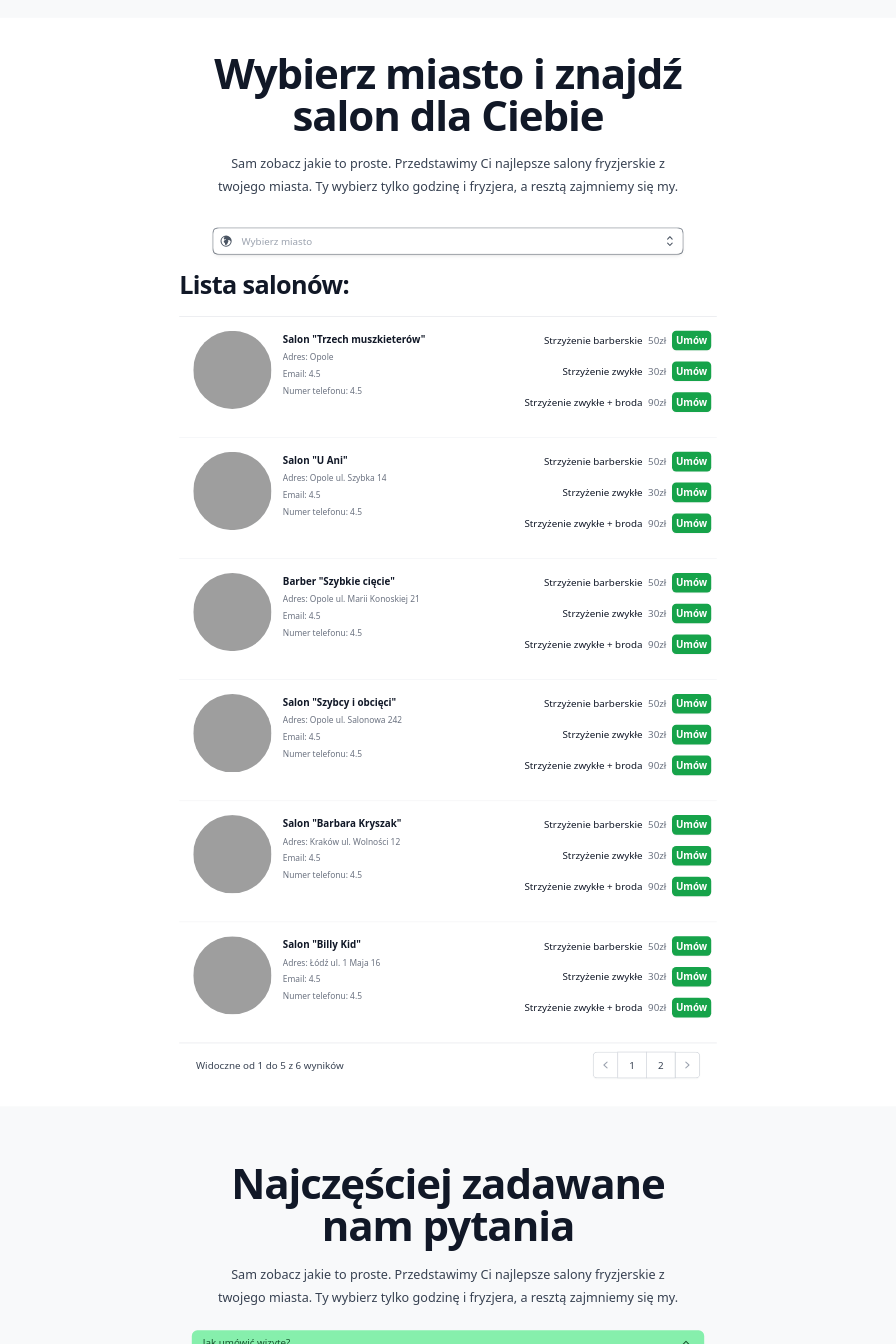
Repository: PrzemyslawJura/my-app
Page: / (app in frontend/)
The author's editor kept a copy of each file at every save. The page is drawn from the files as they stood at one save, then again after the next save.
The browser window is 1280 px wide. The pictures show the part of the page from y = 869 to 2789 px (the page is 3798 px tall), at 70% of full size.
Pictures or frames that could not be fetched are drawn as grey boxes. The page's requests for data from a server got no answer. The project was rebuilt for these pictures with package versions that can differ from the ones it lists, and the page was loaded fresh each time. No one was signed in, and anything a server would have sent is missing. Also part of the build but not shown: frontend/src/home/Listbox.jsx, frontend/src/home/StepOne.jsx, frontend/src/home/StepTwo.jsx, frontend/src/components/Calendar.jsx, frontend/src/components/Tabs.jsx, frontend/src/biznes/CalendarOfWork.jsx, frontend/src/components/CarouselDefault.jsx, frontend/src/biznes/Salon.jsx and 8 more.

Above is the page before, as saved 2023-11-16 13:58:06.

### frontend/src/index.css
@tailwind base;
html {
  scroll-behavior: smooth;
}

@tailwind components;
@tailwind utilities;

### frontend/src/core/App.jsx
import BrowserRoutes from "./BrowserRoutes"
import FooterWithLogo from "./Footer"
import NavbarBiznes from "./NavbarBiznes";

export default function App() {
  return (
    <>
      <NavbarBiznes/>
      <BrowserRoutes/>
      <FooterWithLogo/>
    </>
  )
}

### frontend/src/core/BrowserRoutes.jsx
import Home from "../home/Home"
import CalendarOfWork from "../biznes/CalendarOfWork"
import SalonPage from "../biznes/SalonPage"
import Workers from "../biznes/Workers"
import Services from "../biznes/Services"
import { Route, Routes } from "react-router-dom"

export default function BrowserRoutes() {
  return (
      <Routes>
        <Route path="/" element={<Home/>}/>
        <Route path="/stronasalonu" element={<SalonPage/>}/>
        <Route path="/pracownicy" element={<Workers/>}/>
        <Route path="/kalendarz" element={<CalendarOfWork/>}/>
        <Route path="/oferta" element={<Services/>}/>
      </Routes>
  )
}

### frontend/src/core/Footer.jsx
import { Typography } from "@material-tailwind/react";

export default function FooterWithLogo() {
  return (
    <footer id="footer" className="w-full p-8 bg-slate-100">
      <div className="flex flex-row flex-wrap items-center justify-center gap-y-6 gap-x-12 text-center md:justify-between">
      <img
        className="h-8 w-auto"
        src="https://tailwindui.com/img/logos/mark.svg?color=green&shade=600"
        alt=""
      />
        <ul className="flex flex-wrap items-center gap-y-2 gap-x-8">
          <li>
            <Typography
              as="a"
              href="#"
              color="blue-gray"
              className="font-normal transition-colors hover:text-blue-500 focus:text-blue-500"
            >
              About Us
            </Typography>
          </li>
          <li>
            <Typography
              as="a"
              href="#"
              color="blue-gray"
              className="font-normal transition-colors hover:text-blue-500 focus:text-blue-500"
            >
              License
            </Typography>
          </li>
          <li>
            <Typography
              as="a"
              href="#"
              color="blue-gray"
              className="font-normal transition-colors hover:text-blue-500 focus:text-blue-500"
            >
              Contribute
            </Typography>
          </li>
          <li>
            <Typography
              as="a"
              href="#"
              color="blue-gray"
              className="font-normal transition-colors hover:text-blue-500 focus:text-blue-500"
            >
              Contact Us
            </Typography>
          </li>
        </ul>
      </div>
      <hr className="my-8 border-blue-gray-50" />
      <Typography color="blue-gray" className="text-center font-normal">
        &copy; 2023 Material Tailwind
      </Typography>
    </footer>
  );
}

### frontend/src/home/Home.jsx
import Location from '../components/Location'
import Feature from './Feature'
import ListOfSalons from './ListOfSalons'
import Faq from './Faq'
import Stats from './Stats'
import MainButton from '../shared_np_buttony_inputy_kalendarze_itp/MainButton'
import TitleAndParagraph from '../shared_np_buttony_inputy_kalendarze_itp/TitleAndParagraph'
import { useState } from 'react'

const mainTitle = 'Łączymy salony fryzjerskie z całej polski';
const mainParagraph = 'Sam zobacz jakie to proste. Przedstawimy Ci najlepsze salony fryzjerskie z twojego miasta. Ty wybierz tylko godzinę i fryzjera, a resztą zajmniemy się my.';
const searchTitle = 'Wybierz miasto i znajdź salon dla Ciebie';
const searchParagraph = 'Sam zobacz jakie to proste. Przedstawimy Ci najlepsze salony fryzjerskie z twojego miasta. Ty wybierz tylko godzinę i fryzjera, a resztą zajmniemy się my.';


export default function Home() {
  const [search, setSearch] = useState("");
  return (
    <>
      <div className='min-h-screen bg-bgGray'>
        <div className="relative isolate bg-main-image bg-cover">
          <div className="mx-auto max-w-2xl pt-20 lg:pt-32 pb-12 text-center">
            <TitleAndParagraph title = {mainTitle} paragraph={mainParagraph} h1Color="text-white" pColor="text-slate-50"/>
            <div className="mt-10 flex items-center justify-center gap-x-6">
              <Location setSearch={setSearch} search={search}></Location>
              <a href="#salons">
                <MainButton text="Szukaj"/>
              </a>
            </div>
          </div>
        </div>
        <Feature></Feature>
      </div>

      <div id="salons" className="mx-auto max-w-2xl pt-10 lg:pt-12 pb-4 text-center">
        <TitleAndParagraph title = {searchTitle} paragraph={searchParagraph} h1Color="text-gray-900" pColor="text-gray-700"/>
        <div className="mt-10 flex items-center justify-center gap-x-6">
          <Location setSearch={setSearch}  search={search}></Location>
          {/*<MainButton text="Szukaj"/>*/}
        </div>
      </div>

      <div className='w:4/5 lg:w-3/5 m-auto'>
        <ListOfSalons search={search}/>
      </div>

      <Faq></Faq>
      <Stats></Stats>
    </>
  )
}

### frontend/src/home/Feature.jsx
import stepone from '../assets/stepone.jpg'
import steptwo from '../assets/steptwo.jpg'
import stepthree from '../assets/stepthree.jpg'

const features = [


  {
    name: 'Rejestracja',
    description:
      'Rejestracja będzie zajmowała chwilę i robisz to tylko raz',
    icon: stepone,
  },
  {
    name: 'Rezerwacja',
    description:
      'Wybierasz salon, datę i godzinę',
    icon: steptwo,
  },
  {
    name: 'Wizyta',
    description:
      'Przychodzisz na podaną godzinę',
    icon: stepthree,
  },
]

export default function Feature() {
  return (
    <div className="py-8 lg:py-16">
      <div className="mx-auto max-w-7xl px-6 lg:px-8">
        <div className="mx-auto max-w-xl lg:text-center">
          <h2 className="text-base font-semibold leading-7 text-green-600">Szybciej, łatwiej i bliżej</h2>
          <p className="mt-2 text-3xl font-bold tracking-tight text-gray-900 sm:text-4xl">
            Sprawdź sam, jakie to proste
          </p>
        </div>
        <div className="mx-auto mt-10 max-w-2xl lg:max-w-4xl">
          <dl className="grid max-w-2xl grid-cols-1 gap-x-8 gap-y-10 lg:max-w-none lg:grid-cols-3 lg:gap-y-16">
            {features.map((feature) => (
              <div key={feature.name} className="relative pl-16">
                <dt className="text-base font-semibold leading-7 text-gray-900">
                  <div className="absolute left-0 top-0 flex h-10 w-10 items-center justify-center  ">
                      <img className='rounded-lg h-10 w-10' src={feature.icon}></img>
                  </div>
                  {feature.name}
                </dt>
                <dd className="mt-2 text-base leading-7 text-gray-600">{feature.description}</dd>
              </div>
            ))}
          </dl>
        </div>
      </div>
    </div>
  )
}

### frontend/src/home/Faq.jsx
import { Disclosure } from '@headlessui/react'
import { ChevronUpIcon } from '@heroicons/react/20/solid'

const questions = [
    {
        question: "Jak umówić wizytę?",
        answer: "To takie proste",
    },
    {
        question: "Dlaczego wybranie nas to dobra decyzja?",
        answer: "To takie prost",
    },
    {
        question: "Jak można dodać tutaj swój salon?",
        answer: "To takie prost",
    },
    {
        question: "Czy można odwołać wizytę?",
        answer: "To takie prost",
    },
    {
        question: "Czy trzeba zakładać konto?",
        answer: "To takie prost",
    },
    {
        question: "Czy trzeba coś dodatkowo płacić za korzystanie z aplkacji?",
        answer: "To takie prost",
    },
]

export default function Faq() {
  return (
    <div className="w-full px-4 pt-6 pb-12 bg-bgGray">
      <div className="mx-auto w-3/5 rounded-2xl p-2">

      <div className="mx-auto max-w-2xl pt-10 lg:pt-12 pb-4">
          <div className="text-center">
            <h1 className="text-4xl font-bold tracking-tight text-gray-900 sm:text-6xl">
              Najczęściej zadawane nam pytania
            </h1>
            <p className="mt-6 text-lg leading-8 text-gray-700">
              Sam zobacz jakie to proste. Przedstawimy Ci najlepsze salony fryzjerskie z twojego miasta.
              Ty wybierz tylko godzinę i fryzjera, a resztą zajmniemy się my.
            </p>
            </div>
        </div>


        {questions.map((q) =>(
            <Disclosure>
            {({ open }) => (
                <>
                <Disclosure.Button className="my-4 flex w-full justify-between rounded-lg bg-green-300 px-4 py-2 text-left text-sm font-medium text-green-900 hover:bg-green-400 focus:outline-none focus-visible:ring focus-visible:ring-green-500 focus-visible:ring-opacity-75">
                    <span>{q.question}</span>
                    <ChevronUpIcon
                    className={`${
                        open ? 'rotate-180 transform' : ''
                    } h-5 w-5 text-grren-500`}
                    />
                </Disclosure.Button>
                <Disclosure.Panel className="px-4 pt-4 pb-2 text-sm text-gray-600">
                    {q.answer}
                </Disclosure.Panel>
                </>
            )}
            </Disclosure>
        ))}
      </div>
    </div>
  )
}

### frontend/src/home/Stats.jsx
const stats = [


    { id: 1, name: 'Liczba salonów w Polsce', value: '44 million' },
    { id: 2, name: 'Liczba umówionych wizyt', value: '119 trillion' },
    { id: 3, name: 'Nowych użytkowników', value: '46,000' },
  ]

  export default function Stats() {
    return (
      <div className="bg-white py-20">

        <div className="mx-auto max-w-2xl pb-4">
          <div className="text-center">
            <h1 className="text-4xl font-bold tracking-tight text-gray-900 sm:text-6xl">
              Możemy pochwalić się takimi statystykami
            </h1>
            <p className="mt-6 text-lg leading-8 text-gray-700">
              Sam zobacz jakie to proste. Przedstawimy Ci najlepsze salony fryzjerskie z twojego miasta.
              Ty wybierz tylko godzinę i fryzjera, a resztą zajmniemy się my.
            </p>
            </div>
        </div>

        <div className="mx-auto max-w-7xl px-6 lg:px-8">
          <dl className="grid grid-cols-1 gap-x-8 gap-y-16 text-center lg:grid-cols-3">
            {stats.map((stat) => (
              <div key={stat.id} className="mx-auto flex max-w-xs flex-col gap-y-4">
                <dt className="text-base leading-7 text-gray-600">{stat.name}</dt>
                <dd className="order-first text-3xl font-semibold tracking-tight text-gray-900 sm:text-5xl">
                  {stat.value}
                </dd>
              </div>
            ))}
          </dl>
        </div>
      </div>
    )
  }

### frontend/src/shared_np_buttony_inputy_kalendarze_itp/MainButton.jsx
export default function MainButton({text}) {
    return (
        <button
        type="submit"
        className="w-20 sm:w-32 flex-none rounded-md bg-green-600 px-3.5 py-2.5 text-sm font-semibold max-h-10 my-auto
                   text-white shadow-sm hover:bg-green-400 focus-visible:outline focus-visible:outline-2
                   focus-visible:outline-offset-2 focus-visible:outline-indigo-500"
        >
        {text}
        </button>
    )}

### frontend/src/shared_np_buttony_inputy_kalendarze_itp/TitleAndParagraph.jsx
export default function TitleAndParagraph({title, paragraph, h1Color, pColor}) {
    return (
        <>
            <h1 className={"text-4xl font-bold tracking-tight sm:text-6xl " + h1Color}>
                {title}
            </h1>
            <p className={"mt-6 text-lg leading-8 " + pColor}>
                {paragraph}
            </p>
        </>
    )}

### frontend/src/home/Pagination.jsx
import { ChevronLeftIcon, ChevronRightIcon } from '@heroicons/react/20/solid'
import PaginationTile from '../shared_np_buttony_inputy_kalendarze_itp/PaginationTile'
import { useState } from 'react'

export default function Pagination({result}) {
  const [ count, setCount ] =useState([])
  function paginationCount(result)
  {
    result=(result+5)/5
    for (let x = 1; x <= result; x++)
    {
      count.push(x)
      console.log(x)
    }
  }

  function paginationCountRemover(result)
  {
    result=(result+5)/5
    for (let x = 1; x <= result; x++)
    {
      count.pop(x)
    }
  }

  return (
    <div className="flex items-center justify-between border-t border-gray-200 bg-white px-4 pt-3 pb-10 sm:px-6">
      {paginationCount(result)}
      <div className="flex flex-1 justify-between sm:hidden">
        <PaginationTile title="Poprzednie" rounded="rounded-md"/>
        <PaginationTile title="Następny" rounded="rounded-md"/>
      </div>
      <div className="hidden sm:flex sm:flex-1 sm:items-center sm:justify-between">
        <div>
          <p className="text-sm text-gray-700">
            Widoczne od <span className="font-medium">1</span> do <span className="font-medium">5</span> z{' '}
            <span className="font-medium">{result}</span> wyników
          </p>
        </div>
        <nav className="isolate inline-flex -space-x-px rounded-md shadow-sm" aria-label="Pagination">
            <a
              href="#"
              className="relative inline-flex items-center rounded-l-md px-2 py-2 text-gray-400 ring-1 ring-inset ring-gray-300 hover:bg-gray-50 focus:z-20 focus:outline-offset-0"
            >
              <span className="sr-only">Poprzedni</span>
              <ChevronLeftIcon className="h-5 w-5" aria-hidden="true" />
            </a>
            {count.map((item) =>(
              <PaginationTile title={item} rounded=""/>
            ))}

            <a
              href="#"
              className="relative inline-flex items-center rounded-r-md px-2 py-2 text-gray-400 ring-1 ring-inset ring-gray-300 hover:bg-gray-50 focus:z-20 focus:outline-offset-0"
            >
              <span className="sr-only">Następna</span>
              <ChevronRightIcon className="h-5 w-5" aria-hidden="true" />
            </a>
          </nav>
      </div>
      {paginationCountRemover(result)}
    </div>
  )
}

### frontend/src/home/SalonOffer.jsx
import { useState } from "react";
import StepOne from "./StepOne";
import StepTwo from "./StepTwo";

export default function SalonOffer({person}) {
    const [Steps, setIsSteps] = useState(0);
return (
    <>
        <div className="flex min-w-0 gap-x-4 pl-5">
        <img className="h-28 w-28 flex-none rounded-full bg-gray-50" src={person.imageUrl} alt="" />
        <div className="min-w-0">
        <p className="text-sm font-semibold leading-6 text-gray-900">{person.name}</p>
        <p className="mt-1 truncate text-xs leading-5 text-gray-500">Adres: {person.email}</p>
        <p className="mt-1 truncate text-xs leading-5 text-gray-500">Email: {person.star}</p>
        <p className="mt-1 truncate text-xs leading-5 text-gray-500">Numer telefonu: {person.star}</p>
        </div>
        </div>
        <div className="hidden shrink-0 sm:flex sm:flex-col sm:items-end">
        {person.role.map((man)=> (
            <p className="text-sm leading-6 text-gray-900 mb-4">
                {man[1]}
                <span className="ml-2 mt-1 leading-5 text-gray-500">
                    {man[2]}
                </span>
                <button
                onClick={()=> setIsSteps(1)}
                    type="submit"
                    className="mx-2 w-14 flex-none rounded-md bg-green-600 px-1 py-1 text-sm font-semibold text-white shadow-sm hover:bg-green-400 focus-visible:outline focus-visible:outline-2 focus-visible:outline-offset-2 focus-visible:outline-indigo-500"
                >
                    Umów
                </button>
            </p>
        ))}
        </div>
        {Steps == 1 && <StepOne setIsSteps={setIsSteps} />}
        {Steps == 2 && <StepTwo setIsSteps={setIsSteps} />}
        {Steps == 3 && <StepOne setIsSteps={setIsSteps} />}
    </>
)}

### frontend/src/shared_np_buttony_inputy_kalendarze_itp/PaginationTile.jsx
export default function PaginationTile({title, rounded}) {
    return (
          <a
            href="#"
            className={"relative inline-flex items-center border border-gray-300 bg-white px-4 py-2 text-sm font-medium text-gray-700 hover:bg-gray-50" + {rounded}}
          >
            {title}
          </a>
    )}

Loaded but not shown: frontend/public/index.html (common file); frontend/src/reportWebVitals.js (common file); frontend/src/index.js (20 lines, source omitted); frontend/tailwind.config.js (19 lines, source omitted); frontend/src/core/NavbarBiznes.jsx (146 lines, source omitted); frontend/src/home/ListOfSalons.jsx (116 lines, source omitted); frontend/src/components/Location.jsx (102 lines, source omitted)

After the next save:
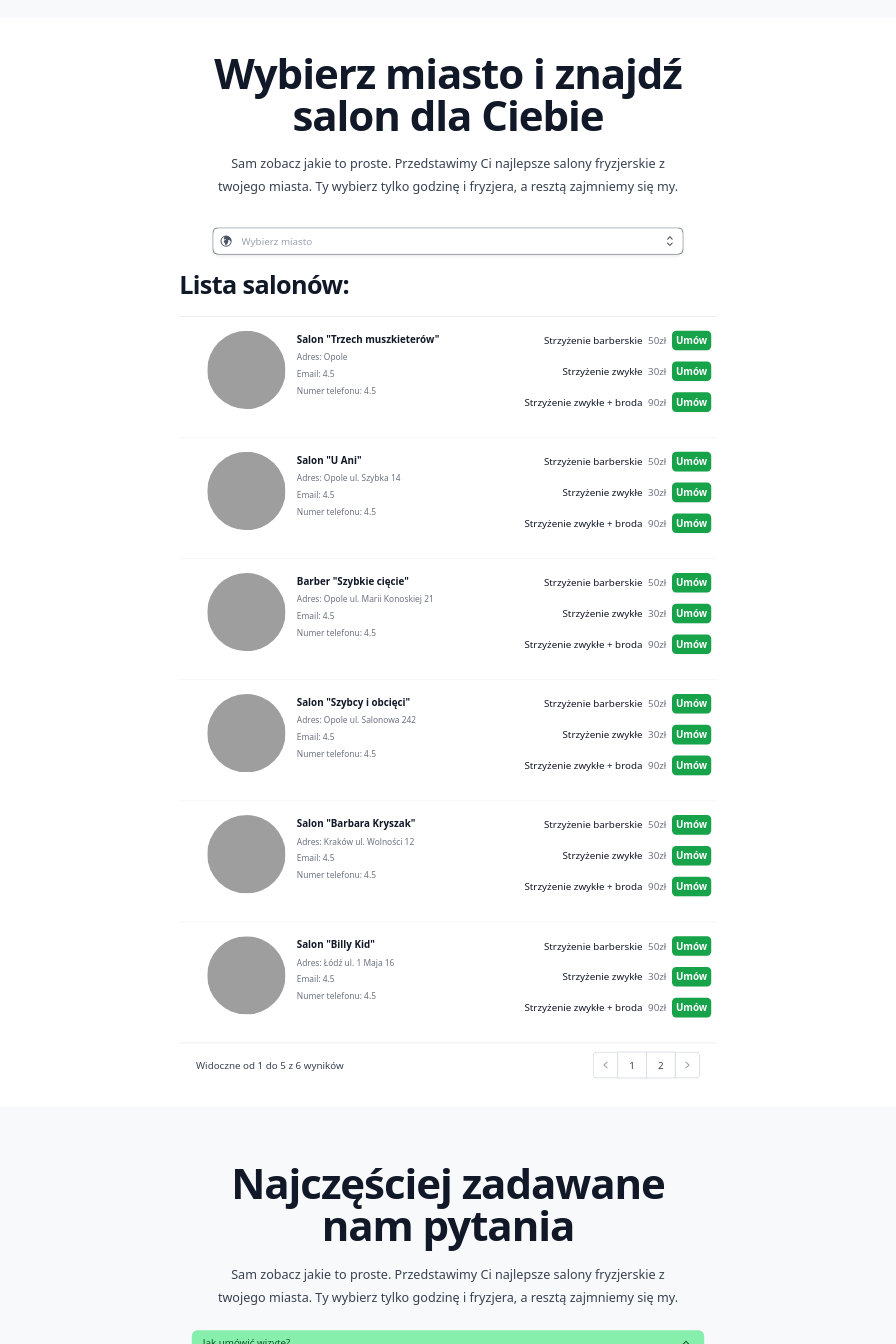
Saved 9 s later.
--- a/frontend/src/home/SalonOffer.jsx
+++ b/frontend/src/home/SalonOffer.jsx
@@ -6,7 +6,7 @@
     const [Steps, setIsSteps] = useState(0);
 return (
     <>
-        <div className="flex min-w-0 gap-x-4 pl-5">
+        <div className="flex min-w-0 gap-x-4 pl-10">
         <img className="h-28 w-28 flex-none rounded-full bg-gray-50" src={person.imageUrl} alt="" />
         <div className="min-w-0">
         <p className="text-sm font-semibold leading-6 text-gray-900">{person.name}</p>

After the save that followed:
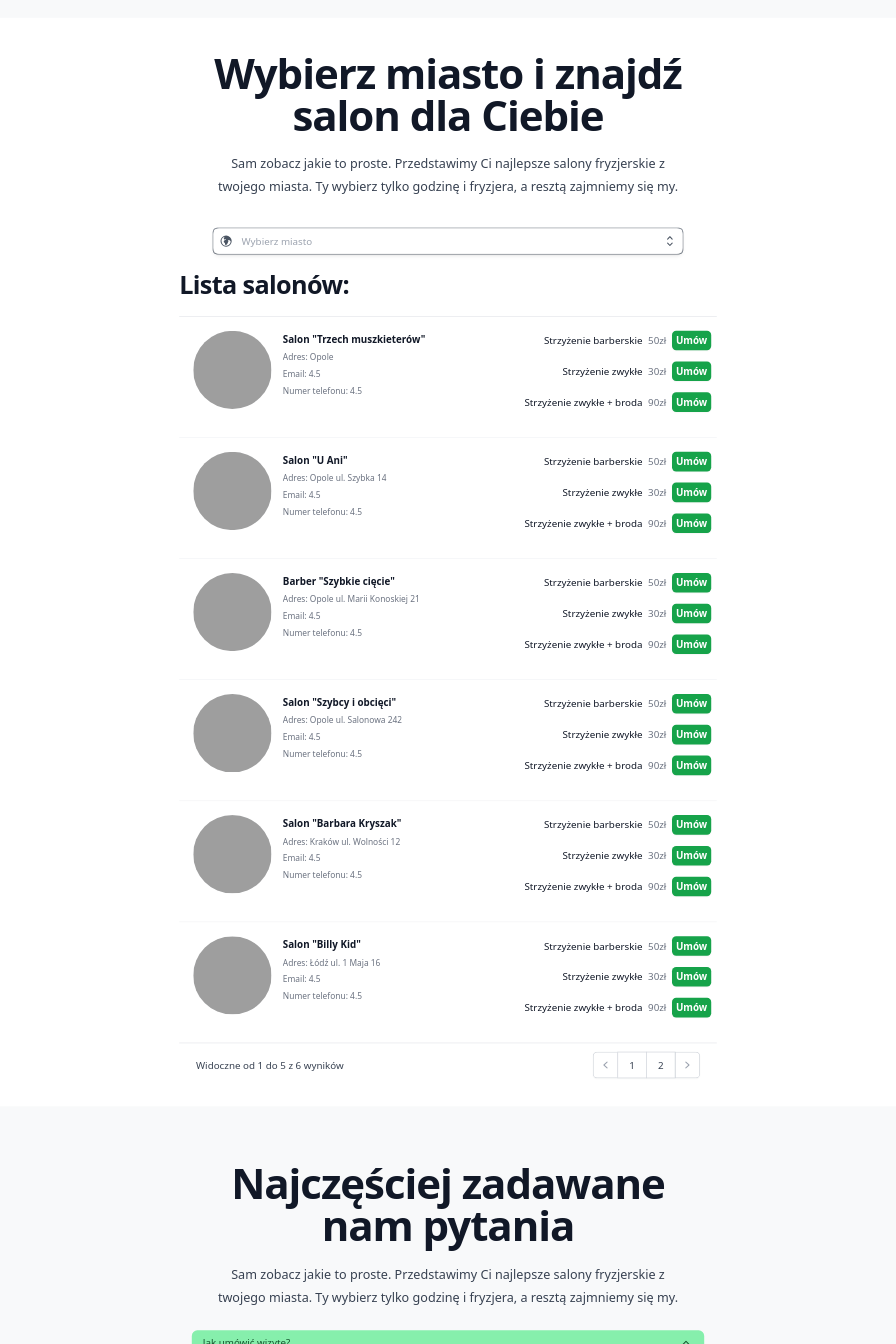
Saved 8 s later.
--- a/frontend/src/home/SalonOffer.jsx
+++ b/frontend/src/home/SalonOffer.jsx
@@ -6,7 +6,7 @@
     const [Steps, setIsSteps] = useState(0);
 return (
     <>
-        <div className="flex min-w-0 gap-x-4 pl-10">
+        <div className="flex min-w-0 gap-x-4 pl-5">
         <img className="h-28 w-28 flex-none rounded-full bg-gray-50" src={person.imageUrl} alt="" />
         <div className="min-w-0">
         <p className="text-sm font-semibold leading-6 text-gray-900">{person.name}</p>
